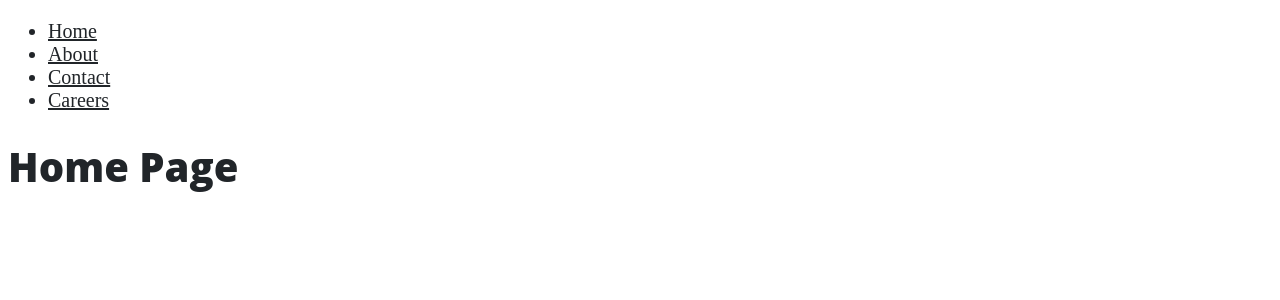
Repository: williamhbcodeinstitute/Flask
Page: http://localhost/
The author's editor kept a record of every edit. The page is drawn from the files as they stood at one moment, then again after the next edit.
The browser window is 1280 px wide. The pictures show the whole page.
The page is served by the project's application, run on Flask 3 (run.py).

Above is the page before.

After the next edit:
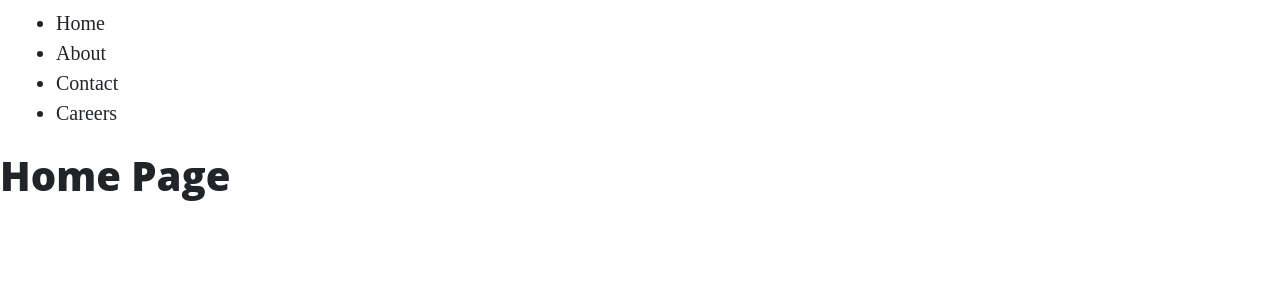
The edit:
--- a/templates/base.html
+++ b/templates/base.html
@@ -4,6 +4,7 @@
     <meta charset="UTF-8">
     <meta name="viewport" content="width=device-width, initial-scale=1.0">
     <meta http-equiv="X-UA-Compatible" content="ie=edge">
+    <link rel="stylesheet" href="https://stackpath.bootstrapcdn.com/bootstrap/4.4.1/css/bootstrap.min.css" integrity="sha384-Vkoo8x4CGsO3+Hhxv8T/Q5PaXtkKtu6ug5TOeNV6gBiFeWPGFN9MuhOf23Q9Ifjh" crossorigin="anonymous">
     <link rel="stylesheet" href="{{ url_for('static', filename= 'css/clean-blog.min.css') }}" type="text/css" />
     <title>Hello Flask</title>
 </head>
